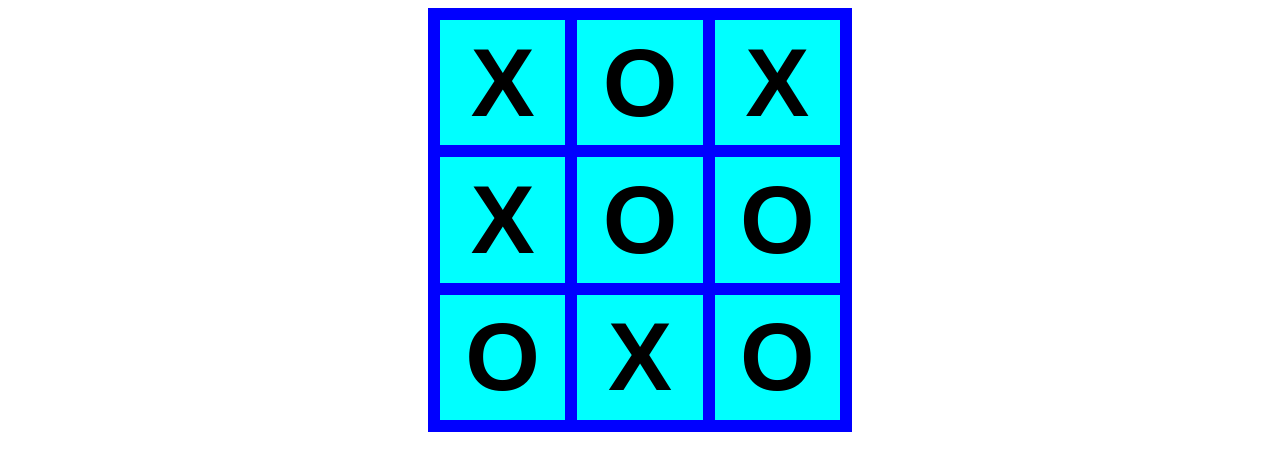
Repository: yeetzpxoci/tic-tac-toe
Page: index.html
The author's editor kept a copy of each file at every save. The page is drawn from the files as they stood at one save, then again after the next save.
The browser window is 1280 px wide. The pictures show the whole page.

Above is the page before, as saved 2023-02-22 23:35:28.

After the next save:
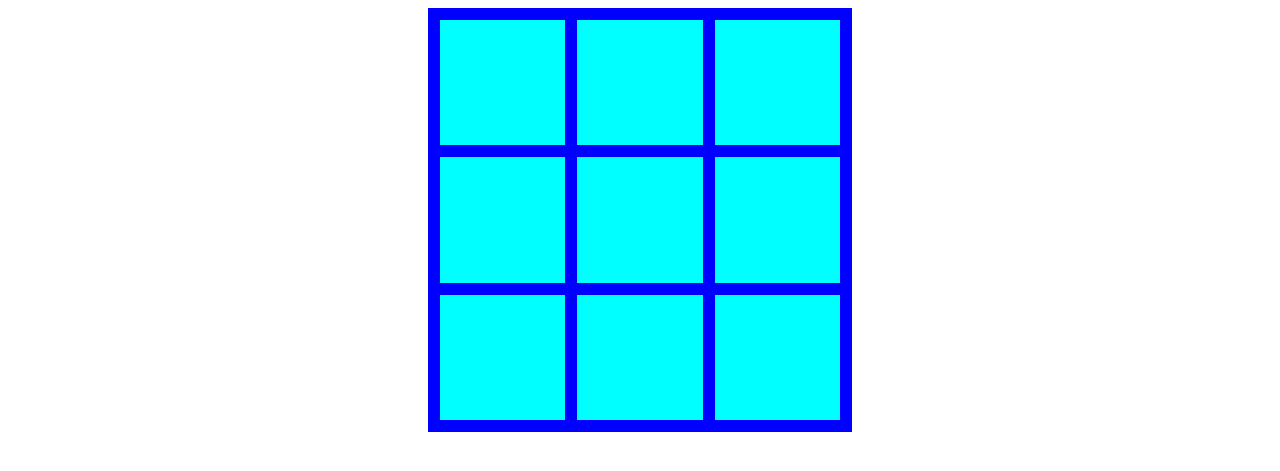
Saved 9 s later.
--- a/script.js
+++ b/script.js
@@ -45,4 +45,4 @@ function main() {
 }
 
 
-renderBoard();
+resetBoard();
